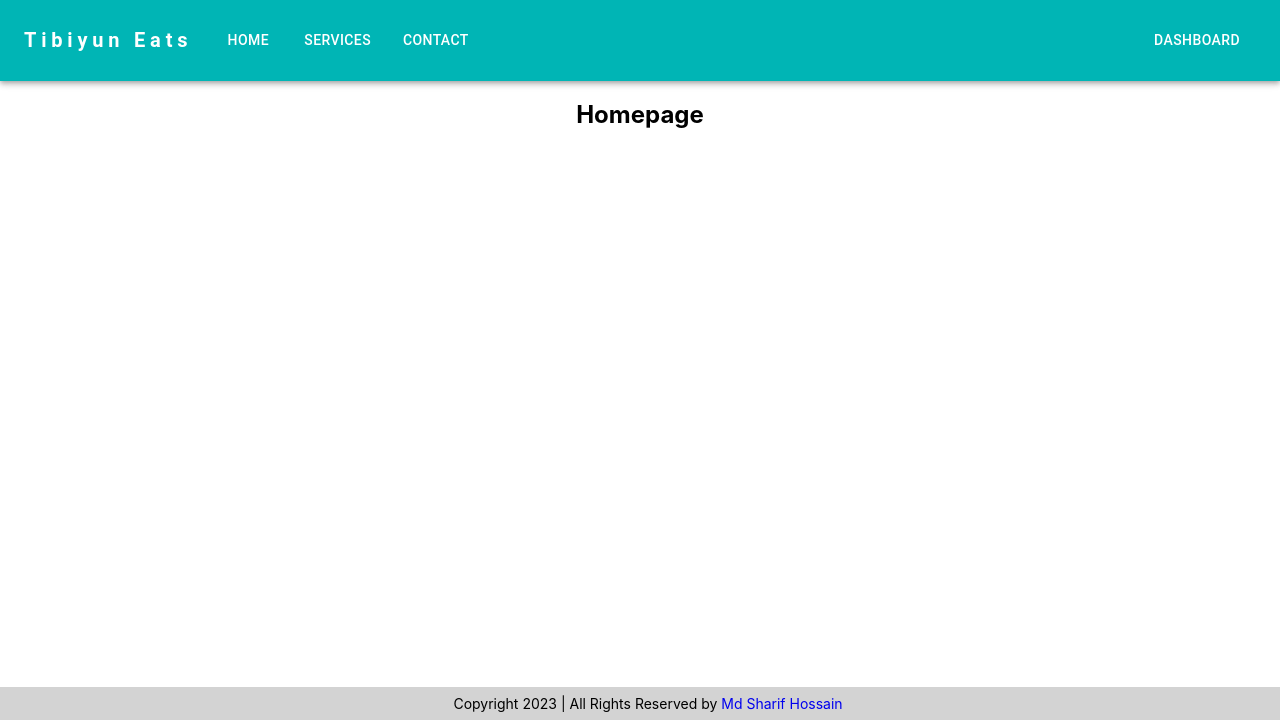
Repository: Sharif-00112/tibiyun-test-frontend
Page: /
These files come from the project's save history. The page is drawn as it stood at one moment and after the next save; the edit follows.
The browser window is 1280 px wide. The pictures show the whole page.
The project was rebuilt for these pictures with package versions that can differ from the ones it lists, and the page was loaded fresh each time. Also part of the build but not shown: src/Pages/NotFound/NotFound.js, src/Pages/Login/Login/Login.js, src/Pages/Login/Register/Register.js, src/Pages/Dashboard/Dashboard/Dashboard.js, src/Pages/Login/PrivateRoute/PrivateRoute.js.

Above is the page before, as saved 2023-08-22 09:22:14.

After the next save:
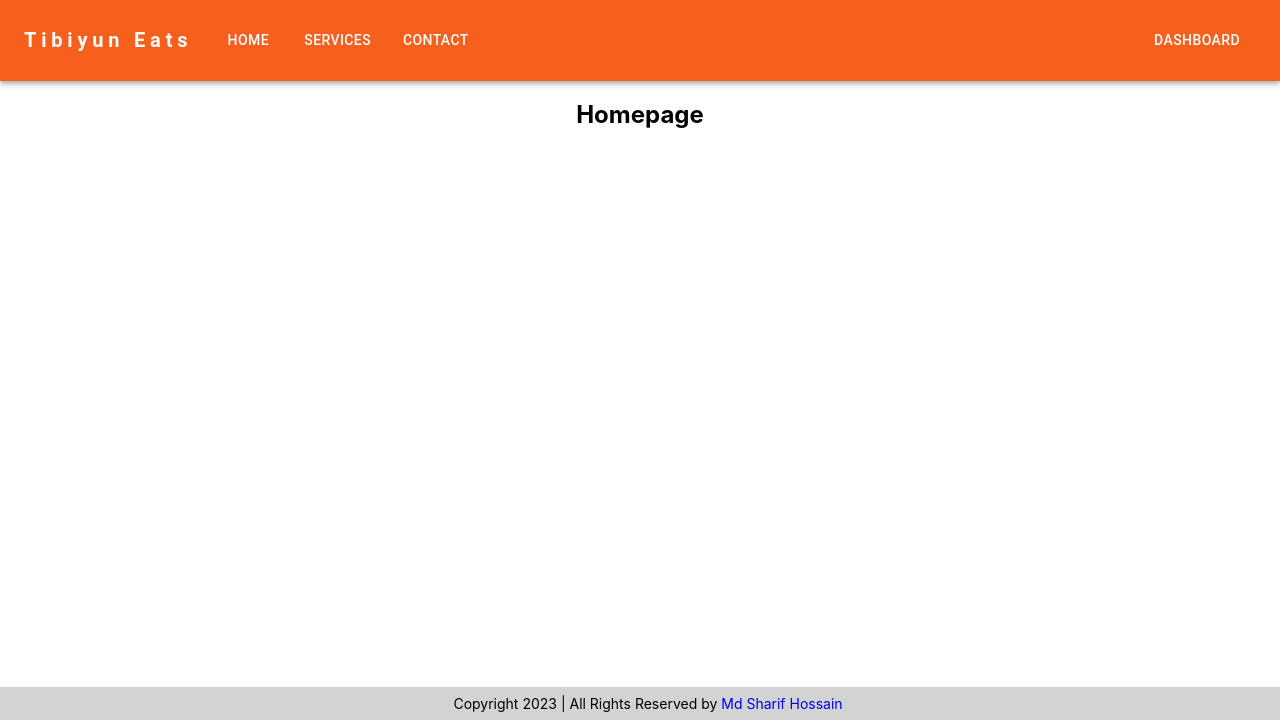
Saved 118 s later.
--- a/src/Pages/Shared/Header/Navbar/Navbar.js
+++ b/src/Pages/Shared/Header/Navbar/Navbar.js
@@ -67,7 +67,7 @@ const Navbar = () => {
     };
 
     return (
-      <AppBar position="static" sx={{ backgroundColor: '#00B5B5' }}>
+      <AppBar position="static" sx={{ backgroundColor: '#F75F1C' }}>
         <Container maxWidth="xl">
           <Toolbar disableGutters>
             {/* <AdbIcon sx={{ display: { xs: 'none', md: 'flex' }, mr: 1 }} /> */}
